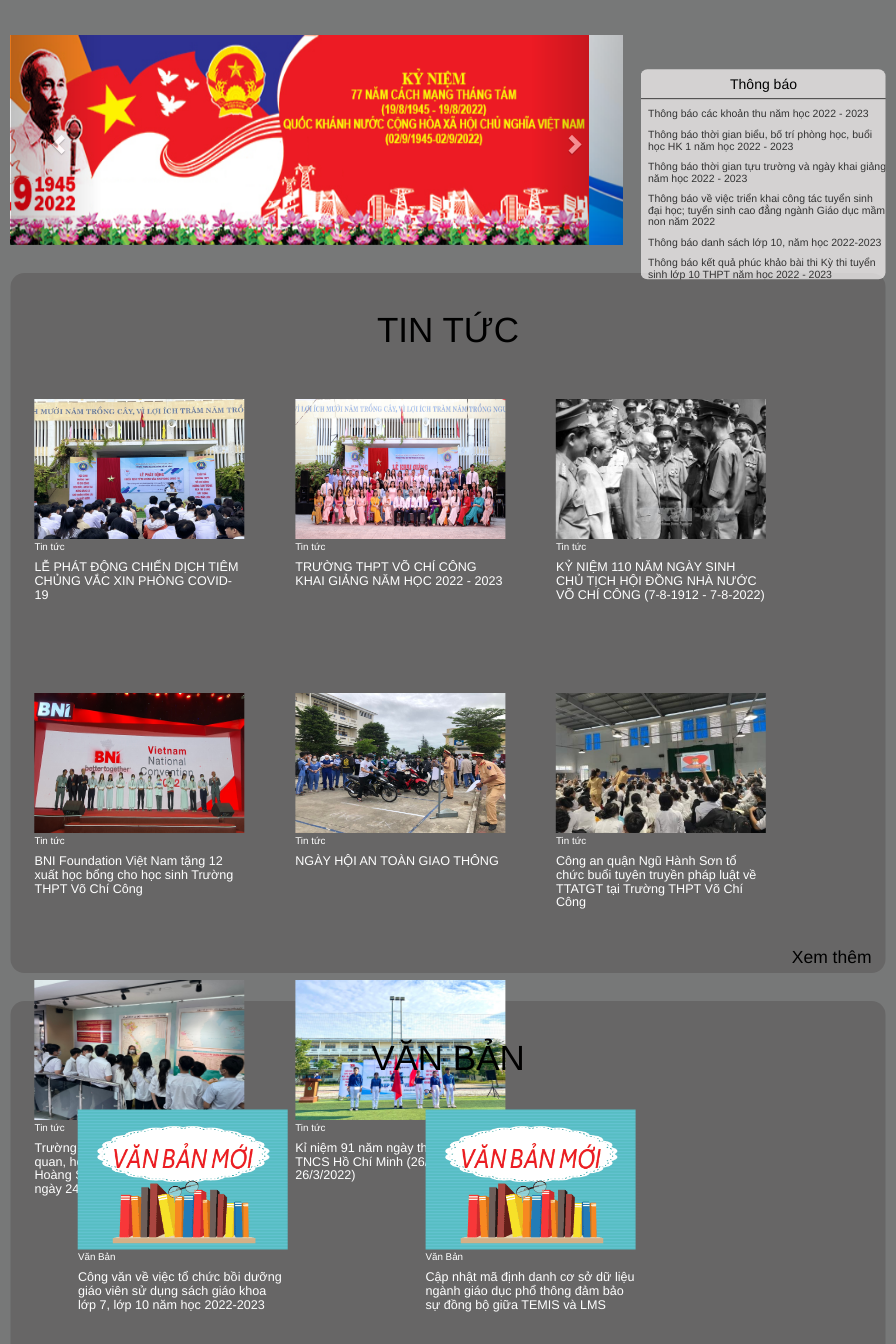
Repository: dphasst17/THPTVCC
Page: home.html
The author's editor kept a copy of each file at every save. The page is drawn from the files as they stood at one save, then again after the next save.
The browser window is 1280 px wide. The pictures show the part of the page from y = 0 to 1920 px (the page is 3090 px tall before and 3809 px after), at 70% of full size.

Above is the page before, as saved 2022-10-17 12:33:13.

### home.html
<!DOCTYPE html>
<html lang="en">
<head>
    <meta charset="UTF-8">
    <meta http-equiv="X-UA-Compatible" content="IE=edge">
    <meta name="viewport" content="width=device-width, initial-scale=1.0">
    <link rel="stylesheet" href="https://maxcdn.bootstrapcdn.com/bootstrap/3.4.1/css/bootstrap.min.css">
    <script src="https://ajax.googleapis.com/ajax/libs/jquery/3.6.0/jquery.min.js"></script>
    <script src="https://maxcdn.bootstrapcdn.com/bootstrap/3.4.1/js/bootstrap.min.js"></script>
    <script src="index.js"></script>
    <link rel="stylesheet" href="style.css">
    <link rel="stylesheet" href="home.css">
    <title>Document</title>
</head>
<body>
    <div class="container">
        <div id="myCarousel" class="carousel slide" data-ride="carousel">
            <!-- Indicators -->
            <ol class="carousel-indicators">
              <li data-target="#myCarousel" data-slide-to="0" class="active"></li>
              <li data-target="#myCarousel" data-slide-to="1"></li>
              <li data-target="#myCarousel" data-slide-to="2"></li>
            </ol>

            <!-- Wrapper for slides -->
            <div class="carousel-inner">
              <div class="item active">
                <img src="img/1.png" alt="Los Angeles" style="width:100%;height:300px;">
              </div>

              <div class="item">
                <img src="img/2.png" alt="Chicago" style="width:100%;height:300px;">
              </div>

              <div class="item">
                <img src="img/3.gif" alt="New york" style="width:100%;height:300px;">
              </div>
            </div>

            <!-- Left and right controls -->
            <a class="left carousel-control" href="#myCarousel" data-slide="prev">
              <span class="glyphicon glyphicon-chevron-left"></span>
              <span class="sr-only">Previous</span>
            </a>
            <a class="right carousel-control" href="#myCarousel" data-slide="next">
              <span class="glyphicon glyphicon-chevron-right"></span>
              <span class="sr-only">Next</span>
            </a>
        </div>
        <div class="notification">
            <h5 style="text-align:center;color:#000;font-size:20px;">Thông báo</h5><hr style="margin:0;border-top: 1px solid #000;">
            <div class="noti_content">
                <h5>Thông báo các khoản thu năm học 2022 - 2023
                </h5>
                <h5>Thông báo thời gian biểu, bố trí phòng học, buổi học HK 1 năm học 2022 - 2023
                </h5>
                <h5>Thông báo thời gian tựu trường và ngày khai giảng năm học 2022 - 2023
                </h5>
                <h5>Thông báo về việc triển khai công tác tuyển sinh đại học; tuyển sinh cao đẳng ngành Giáo dục mầm non năm 2022
                </h5>
                <h5>Thông báo danh sách lớp 10, năm học 2022-2023
                </h5>
                <h5>Thông báo kết quả phúc khảo bài thi Kỳ thi tuyển sinh lớp 10 THPT năm học 2022 - 2023
                </h5>
                <h5>Thông báo kết quả phúc khảo bài thi Kỳ thi tuyển sinh lớp 10 THPT năm học 2022 - 2023
                </h5>
                <h5>Thông báo kết quả phúc khảo bài thi Kỳ thi tuyển sinh lớp 10 THPT năm học 2022 - 2023
                </h5>
                <h5>Thông báo kết quả phúc khảo bài thi Kỳ thi tuyển sinh lớp 10 THPT năm học 2022 - 2023
                </h5>
                <h5>Thông báo kết quả phúc khảo bài thi Kỳ thi tuyển sinh lớp 10 THPT năm học 2022 - 2023
                </h5>
            </div>
        </div>
        <div id="new" class="new">
            <h1><br/>TIN TỨC</h1>
            <div class="new_container">
                    <img src="img/tintuc/1.jpg" alt="">
                    <a>Tin tức</a>
                    <h4>LỄ PHÁT ĐỘNG CHIẾN DỊCH TIÊM CHỦNG VẮC XIN PHÒNG COVID-19</h4>
            </div>

            <div class="new_container">
                <img src="img/tintuc/2.jpg" alt="">
                <a>Tin tức</a>
                <h4>TRƯỜNG THPT VÕ CHÍ CÔNG KHAI GIẢNG NĂM HỌC 2022 - 2023</h4>
            </div>

            <div class="new_container">
                <img src="img/tintuc/3.jpg" alt="">
                <a>Tin tức</a>
                <h4>KỶ NIỆM 110 NĂM NGÀY SINH CHỦ TỊCH HỘI ĐỒNG NHÀ NƯỚC VÕ CHÍ CÔNG (7-8-1912 - 7-8-2022)</h4>
            </div>

            <div class="new_container">
                <img src="img/tintuc/5.jpg" alt="">
                <a>Tin tức</a>
                <h4>BNI Foundation Việt Nam tặng 12 xuất học bổng cho học sinh Trường THPT Võ Chí Công</h4>
            </div>

            <div class="new_container">
                <img src="img/tintuc/4.jpg" alt="">
                <a>Tin tức</a>
                <h4>NGÀY HỘI AN TOÀN GIAO THÔNG</h4>
            </div>

            <div class="new_container">
                <img src="img/tintuc/6.jpg" alt="">
                <a>Tin tức</a>
                <h4>Công an quận Ngũ Hành Sơn tổ chức buổi tuyên truyền pháp luật về TTATGT tại Trường THPT Võ Chí Công</h4>
            </div>

            <div class="new_container">
                <img src="img/tintuc/7.jpg" alt="">
                <a>Tin tức</a>
                <h4>Trường THPT Võ Chí Công tham quan, học tập tại nhà trưng bày Hoàng Sa và Bảo tàng Chăm vào ngày 24/4/2022.</h4>
            </div>

            <div class="new_container">
                    <img src="img/tintuc/8.jpg" alt="">
                    <a>Tin tức</a>
                    <h4>Kỉ niệm 91 năm ngày thành lập Đoàn TNCS Hồ Chí Minh (26/3/1931-26/3/2022)</h4>
            </div>
            <a href="./new/new.html" style="color:#000;float:right;font-size:25px;margin-right:20px;">Xem thêm</a>
        </div>
        <div id="document" class="document">
            <h1><br/>VĂN BẢN</h1>
            <div class="document_container">
                <img src="img/document/document.png" alt="">
                <a>Văn Bản</a>
                <h4>Công văn về việc tổ chức bồi dưỡng giáo viên sử dụng sách giáo khoa lớp 7, lớp 10 năm học 2022-2023</h4>
            </div>

            <div class="document_container">
                <img src="img/document/document.png" alt="">
                <a>Văn Bản</a>
                <h4>Cập nhật mã định danh cơ sở dữ liệu ngành giáo dục phổ thông đảm bảo sự đồng bộ giữa TEMIS và LMS</h4>
            </div>

            <div class="document_container">
                <img src="img/document/document.png" alt="">
                <a>Văn Bản</a>
                <h4>Kế hoạch dạy học trực tuyến cho học sinh (F0, F1 và có yếu tố dịch tễ)</h4>
            </div>

            <div class="document_container">
                <img src="img/document/document.png" alt="">
                <a>Văn Bản</a>
                <h4>Kế hoạch phòng, chống dịch Covid-19 và phương án xử trí khi có trường hợp mắc Covid-19 tiếp theo</h4>
            </div>

            <div class="document_container">
                <img src="img/document/document.png" alt="">
                <a>Văn Bản</a>
                <h4>Quyết định về việc điều chỉnh phân bổ dự toán chi ngân sách nhà nước năm 2021</h4>
            </div>

            <div class="document_container">
                <img src="img/document/document.png" alt="">
                <a>Văn Bản</a>
                <h4>Thông báo thời gian biểu dạy học trực tuyến từ ngày 22-11-2021 đến hết ngày 27-11-2021</h4>
            </div>
            <a href="./document/document.html" style="color:#000;float:right;font-size:25px;margin-right:20px;margin-top:-10px">Xem thêm</a>
        </div>
        <div id="admissions" class="admissions">
            <h1><br/>TUYỂN SINH</h1>
            <div class="admissions_container">
                <img src="img/tuyensinh/62bd6eef82783.png" alt="">
                <a>Tuyển sinh</a>
                <h4>THÍ SINH ĐỦ ĐIỂM CHUẨN VÀO TRƯỜNG THPT VÕ CHÍ CÔNG</h4>
            </div>

            <div class="admissions_container">
                <img src="img/tuyensinh/62bd721661331.png" alt="">
                <a>Tuyển sinh</a>
                <h4>Phiếu đăng kí nhập học vào Trường THPT Võ Chí Công năm học 2022-2023</h4>
            </div>

            <div class="admissions_container">
                <img src="img/tuyensinh/62105906d7bc2.png" alt="">
                <a>Tuyển sinh</a>
                <h4>Kế hoạch triển khai thực hiện Chương trình Giáo dục phổ thông năm 2018 đối với lớp 10, năm học 2022 - 2023</h4>
            </div>

            <div class="admissions_container">
                <img src="img/tuyensinh/611cfe00cd3bf.jpg" alt="">
                <a>Tuyển sinh</a>
                <h4>Kế hoạch thu nhận hồ sơ nhập học năm học 2022 - 2023</h4>
            </div>
            <a href="./admissions/admissions.html" style="color:#000;float:right;font-size:25px;margin-right:20px;">Xem thêm</a>
        </div>
    </div>
</body>
</html>

### index.js
$(document).ready(function(){
    $('.user').click(function(){
        $('.user_infor').fadeToggle('user_info')
    })
})

/* Dark - Light mode */
$(document).ready(function(){
	$('#dark').click(function(){
    	$('body').css("background-color","rgb(119, 120, 120)")
        $('.nav, .search, .search>input, .user, #new, #document, #admissions').css("background-color","rgb(103, 102, 102)")
        $('.notification').css("background-color","#f4f2f2bd")
        $('.nav, .search, .user,#dark, .notification').css("border-style","none")
        $('h4').css("color","white")
        $('#dark').css("display","none")
        $('#light').css("display","block")
    });
    $('#light').click(function(){
    	$('body').css("background-color","rgb(239, 236, 236)")
        $('.nav, .search, .search>input, .user, .notification, #new, #document, #admissions, #dark').css("background-color","rgb(247, 246, 246)")
        $('.nav, .search, .user,#dark, .notification').css("border-style","solid")
        $('.search>input').css("color","#000")
        $('h4').css("color","black")
        $('#light').css("display","none")
        $('#dark').css("display","block")
    })
})


$(document).ready(function(){
    $('#light').click(function(){
        $('new>body').css("background-color","rgb(239, 236, 236)")
    })
})

### style.css
html{
    scroll-behavior: smooth;
}
body{
    margin:0;
    text-decoration:none;
    background-color:rgb(119, 120, 120);
}
header{
    width:100%;
    height:100px;
    top:0;
    left:0;
    right:0;
    position:relative;
    z-index: 111;
}
.logo img{
    width:6%;
    margin:10px 30px;
    position:absolute;
}
.nav{
    position:absolute;
    width:51%;
    height:50px;
    background-color:rgb(103, 102, 102);
    border-radius:10px;
    margin:20px 170px;
}
.nav ul li{
    display:inline-block;
    width:120px;
    margin-left:15px;
    text-decoration:none;
    line-height: 44px;
    text-align:center;
}
.nav a{
    font-family: "Times New Roman", Times, serif;
    display:block;
    width:120px;
    height:50px;
    text-decoration:none;
    font-size:18px;
    color:black;
    line-height: 48px;
}
.search{
    width: 350px;
    height: 50px;
    position: absolute;
    background-color: rgb(103, 102, 102);
    margin-left: 66%;
    margin-top:20px;
    border-radius: 10px;
}
.search input{
    width:340px;
    height:40px;
    margin:5px;
    border-style:none;
    background-color:rgb(103, 102, 102);
    color:#fff;
    outline: none;
    font-size:15px;
}
.icon-search{
    position: absolute;
    background-color: transparent;
    border: 0 none;
    width: 10%;
    margin: -12% 85%;
}
.user{
    width:50px;
    height:50px;
    float:right;
    margin:20px 90px;
    border-radius:50px;
    background-color:rgb(103, 102, 102);
}
.user svg{
    width: 60%;
    margin: 5px 10px;
}
.user a{
    color:tan;
    text-decoration:none;
}
.user_infor{
    display:none;
    width:100px;
    height:100px;
    background-color: rgb(103, 102, 102);
    border-radius:10px;
    margin: 10px -25px;
    text-align:center;
}
.user_infor button{
    border:none;
    background-color:rgb(103, 102, 102);
}

#dark{
    width:45px;
    position:absolute;
    border:none;
    background-color:rgb(103, 102, 102);
    display:none;
    margin-top:23px;
    margin-left:95%;
    border-radius:50px;
}
#light{
    width:45px;
    position:absolute;
    border:none;
    background-color:rgb(103, 102, 102);
    display:block;
    margin-top:23px;
    margin-left:95%;
    border-radius:50px;
}
#dark svg{
    width:80%;
}
#light svg{
    width:80%;
}
iframe{
    width:100%;
    height:1500px;
    max-height:2000px;
}

/* main Page */
.container{
    width:100%;
    height:auto;
    margin:50px 0;
}
.carousel {
    position: relative;
    width: 70%;
}
.notification{
    width:28%;
    height:300px;
    float:right;
    border-radius:10px;
    margin-top:-20.1%;
    background: #f4f2f2bd;
    overflow: scroll;
    overflow-x:hidden;
}
.notification svg{
    position:absolute;
    width:15px;
    margin: 10px 140px;
}
.noti_content h5{
    text-decoration:none;
    font-size:15px;
    text-align: left;
    margin-left:10px;
    margin-top:13px;
}
.noti_content h5:hover{
    color:rgb(13, 37, 109);
}
.noti_content h8{
    position:absolute;
    font-size:10px;
    margin-top:10px;

}
.new{
    width:100%;
    height:1000px;
    background-color:rgb(103, 102, 102);
    margin-top:40px;
    border-radius:20px;
}
h1{
    color:black;
    text-align:center;
    font-size:50px;
}
.new_container{
    width:300px;
    height:350px;
    display:inline-flex;
    margin:25px 34.3px;
    flex-wrap: wrap;
    align-content: center;
}
.new_container img{
    width:300px;
    height:200px;
}
.new_container h4{
    color:#fff;
}
.new_container a{
    color:#fff;
    text-decoration:none;
}
.document{
    width:100%;
    height:900px;
    background-color:rgb(103, 102, 102);
    margin-top:40px;
    border-radius:20px;
}
.document img{
    width:300px;
    height:200px;
}
.document_container{
    width:300px;
    height:350px;
    display:inline-flex;
    margin: 10px 96.3px;
    flex-wrap: wrap;
    align-content: center;
}
.document_container h4{
    color:#fff;
}
.document_container a{
    color:#fff;
    text-decoration:none;
}
.admissions{
    width:100%;
    height:500px;
    background-color:rgb(103, 102, 102);
    margin-top:40px;
    border-radius:20px;
}
.admissions_container{
    width:300px;
    height:150px;
    display:inline-flex;
    margin: 70px 34px;
    flex-wrap: wrap;
    align-content: center;
}
.admissions_container img{
    width:300px;
    height:150px;
}
.admissions_container a{
    color:#fff;
    text-decoration:none;
}
.admissions_container h4{
    color:#fff;
}
.contact{
    width:100%;
    height:400px;
    background-color:rgb(64, 63, 63);
}
.contact h4{
    position:absolute;
    color:#fff;
    margin:50px 140px;
}
.contact p{
    color:#fff;
    text-align:center;
    font-size:30px;
}
.contact_container{
    display:inline-flex;
    width:90%;
    height:15%;
    margin-left:70px;
}
.svg {
    display:flex;
    position:absolute;
    width:80%;
    margin-top:30px;
}
.svg a{
    font-size: 20px;
    margin-left:50px;
    margin-top:10px;
    color:#fff;
}
.svg svg{
    width:2%;
}

### home.css
body{
    overflow-y:hidden;
    height:2000px;
}
.container{
    width:100%;
    height:auto;
    margin:50px 0;
}
.carousel {
    position: relative;
    width: 70%;
}
.notification{
    width:28%;
    height:300px;
    float:right;
    border-radius:10px;
    margin-top:-20.1%;
    background: #f4f2f2bd;
    overflow: scroll;
    overflow-x:hidden;
}
.notification svg{
    position:absolute;
    width:15px;
    margin: 10px 140px;
}
.noti_content h5{
    text-decoration:none;
    font-size:15px;
    text-align: left;
    margin-left:10px;
    margin-top:13px;
}
.noti_content h5:hover{
    color:rgb(13, 37, 109);
}
.noti_content h8{
    position:absolute;
    font-size:10px;
    margin-top:10px;

}
.new{
    width:100%;
    height:1000px;
    background-color:rgb(103, 102, 102);
    margin-top:40px;
    border-radius:20px;
}
h1{
    color:black;
    text-align:center;
    font-size:50px;
}
.new_container{
    width:300px;
    height:350px;
    display:inline-flex;
    margin:25px 34.3px;
    flex-wrap: wrap;
    align-content: center;
}
.new_container img{
    width:300px;
    height:200px;
}
.new_container h4{
    color:#fff;
}
.new_container a{
    color:#fff;
    text-decoration:none;
}
.document{
    width:100%;
    height:900px;
    background-color:rgb(103, 102, 102);
    margin-top:40px;
    border-radius:20px;
}
.document img{
    width:300px;
    height:200px;
}
.document_container{
    width:300px;
    height:350px;
    display:inline-flex;
    margin: 10px 96.3px;
    flex-wrap: wrap;
    align-content: center;
}
.document_container h4{
    color:#fff;
}
.document_container a{
    color:#fff;
    text-decoration:none;
}
.admissions{
    width:100%;
    height:500px;
    background-color:rgb(103, 102, 102);
    margin-top:40px;
    border-radius:20px;
}
.admissions_container{
    width:300px;
    height:150px;
    display:inline-flex;
    margin: 70px 34px;
    flex-wrap: wrap;
    align-content: center;
}
.admissions_container img{
    width:300px;
    height:150px;
}
.admissions_container a{
    color:#fff;
    text-decoration:none;
}
.admissions_container h4{
    color:#fff;
}

After the next save:
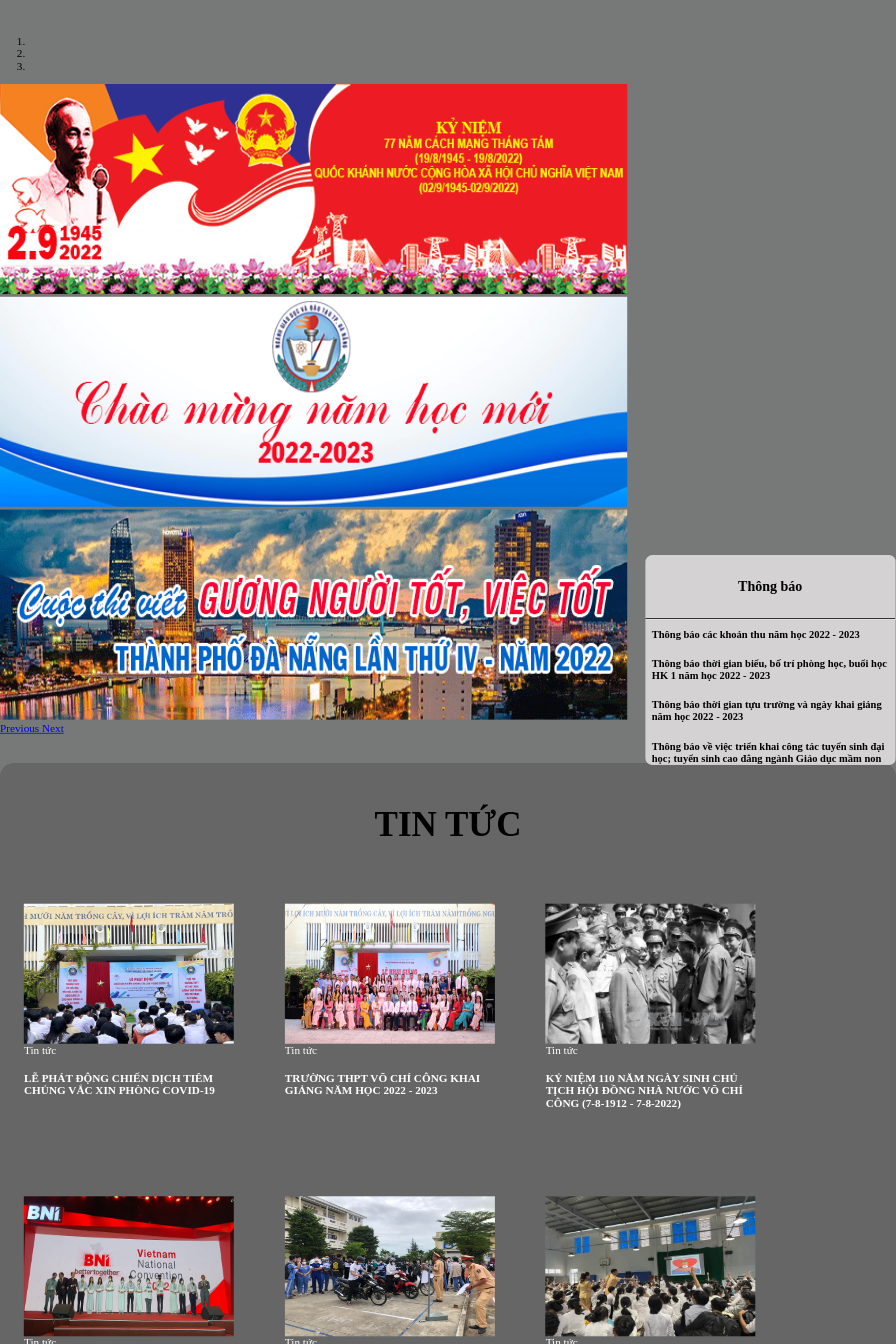
Saved 5 min 10 s later.
--- a/home.html
+++ b/home.html
@@ -4,12 +4,7 @@
     <meta charset="UTF-8">
     <meta http-equiv="X-UA-Compatible" content="IE=edge">
     <meta name="viewport" content="width=device-width, initial-scale=1.0">
-    <link rel="stylesheet" href="https://maxcdn.bootstrapcdn.com/bootstrap/3.4.1/css/bootstrap.min.css">
-    <script src="https://ajax.googleapis.com/ajax/libs/jquery/3.6.0/jquery.min.js"></script>
-    <script src="https://maxcdn.bootstrapcdn.com/bootstrap/3.4.1/js/bootstrap.min.js"></script>
-    <script src="index.js"></script>
     <link rel="stylesheet" href="style.css">
-    <link rel="stylesheet" href="home.css">
     <title>Document</title>
 </head>
 <body>
